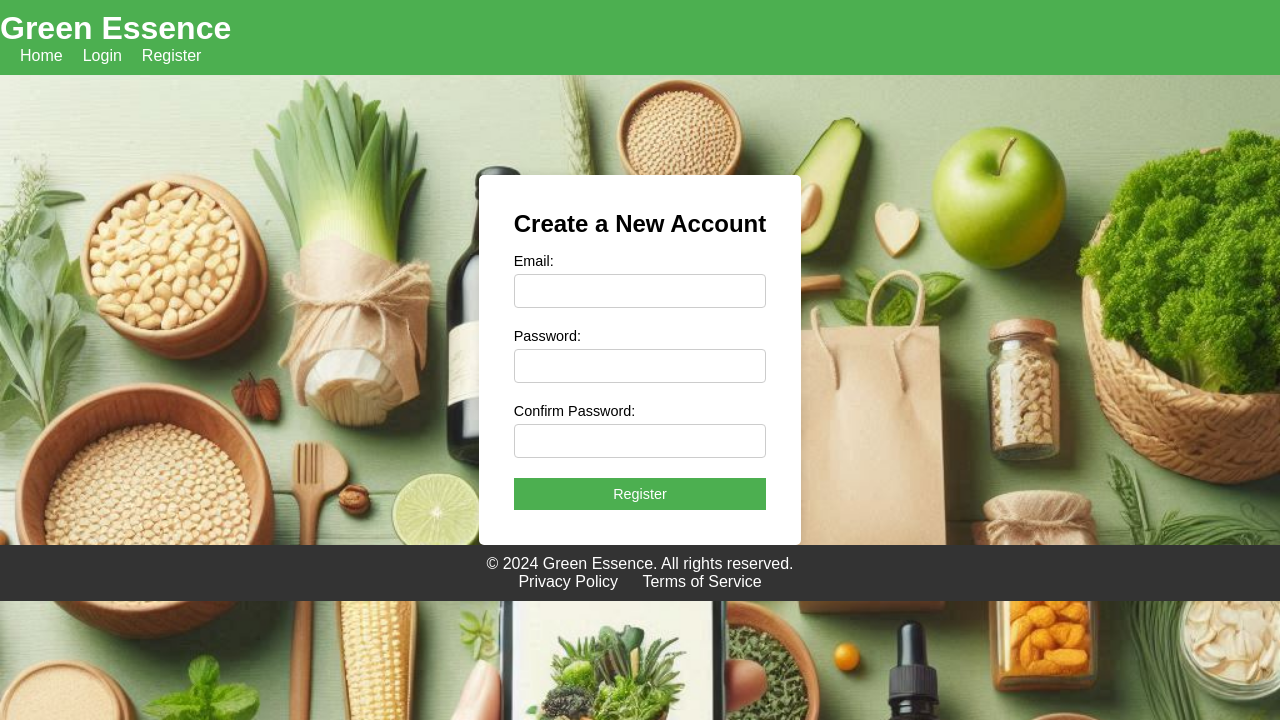
Repository: niki3210/Sahyadri
Page: Projectorganic/Register.html
An editor plug-in stored every save of this project. The page is shown before and after the next save, followed by the edit.
The browser window is 1280 px wide. The pictures show the whole page.

Above is the page before, as saved 2024-06-21 14:35:04.
Not found: Projectorganic/script.js

After the next save:
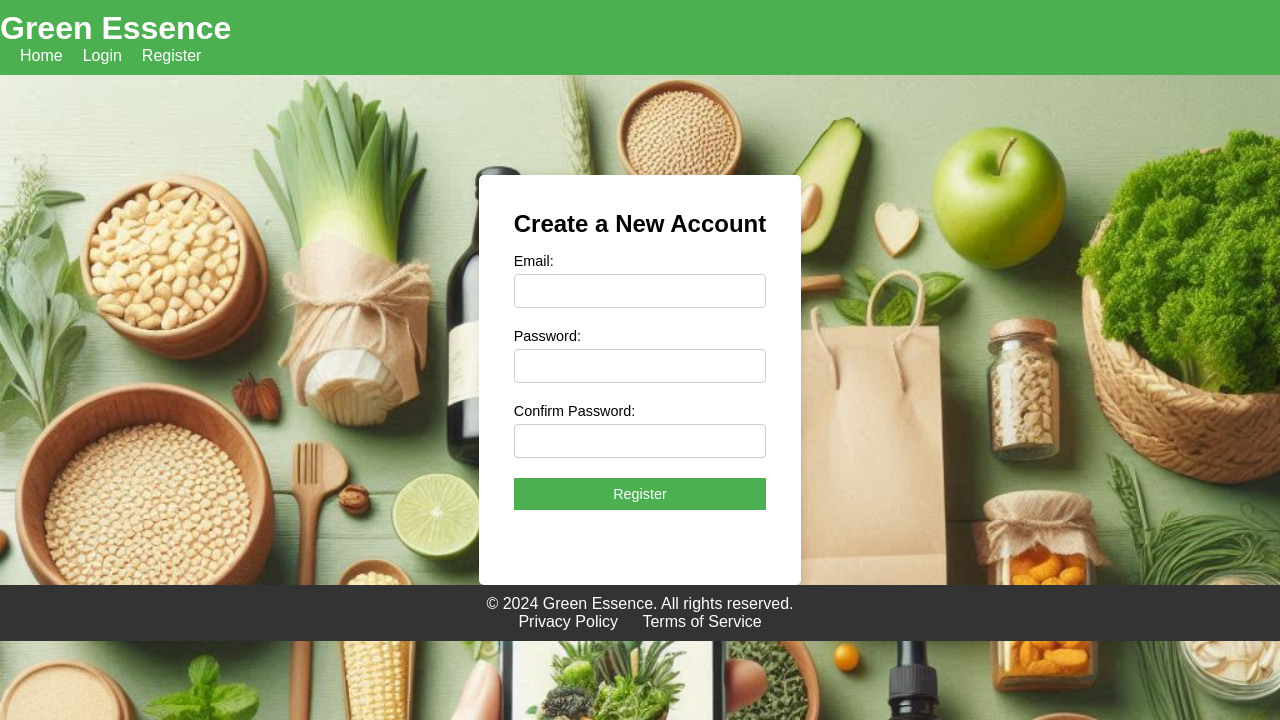
Saved 1 s later.
--- a/Projectorganic/styles.css
+++ b/Projectorganic/styles.css
@@ -138,7 +138,7 @@ body {
 
 .login-form, .register-form {
     padding: 15px;
-    margin-bottom: 0px;
+    margin-bottom: 40px;
 }
 
 .login-form h2, .register-form h2 {
